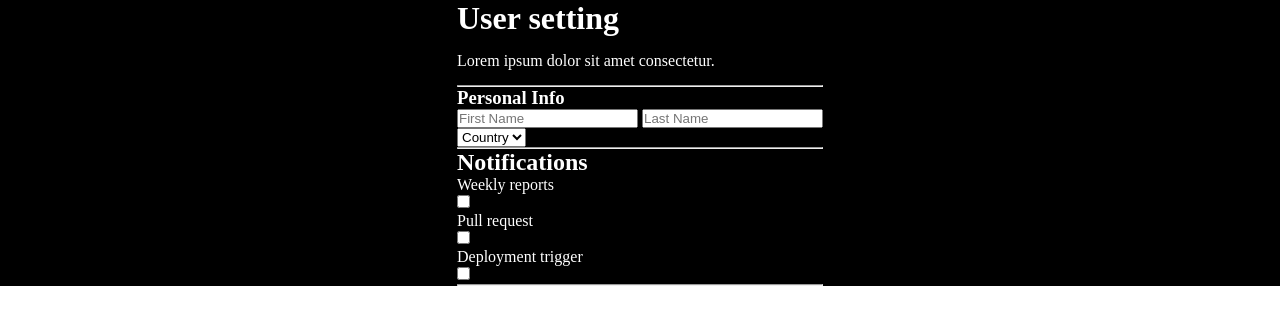
Repository: imokha01/DOM
Page: index.html
An editor plug-in stored every save of this project. The page is shown before and after the next save, followed by the edit.
The browser window is 1280 px wide. The pictures show the whole page.

Above is the page before, as saved 2023-12-19 17:18:12.

After the next save:
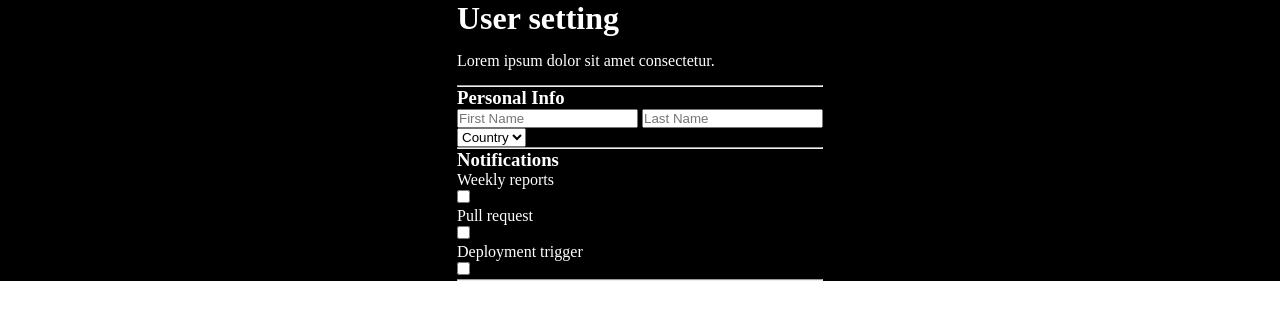
Saved 12 s later.
--- a/index.html
+++ b/index.html
@@ -26,7 +26,7 @@
         </select>
         <hr>
         <div>
-          <h2>Notifications</h2>
+          <h3>Notifications</h3>
           <div class="weeklyReport">
             <p class="week-para">Weekly reports</p>
             <!-- Rounded switch -->
